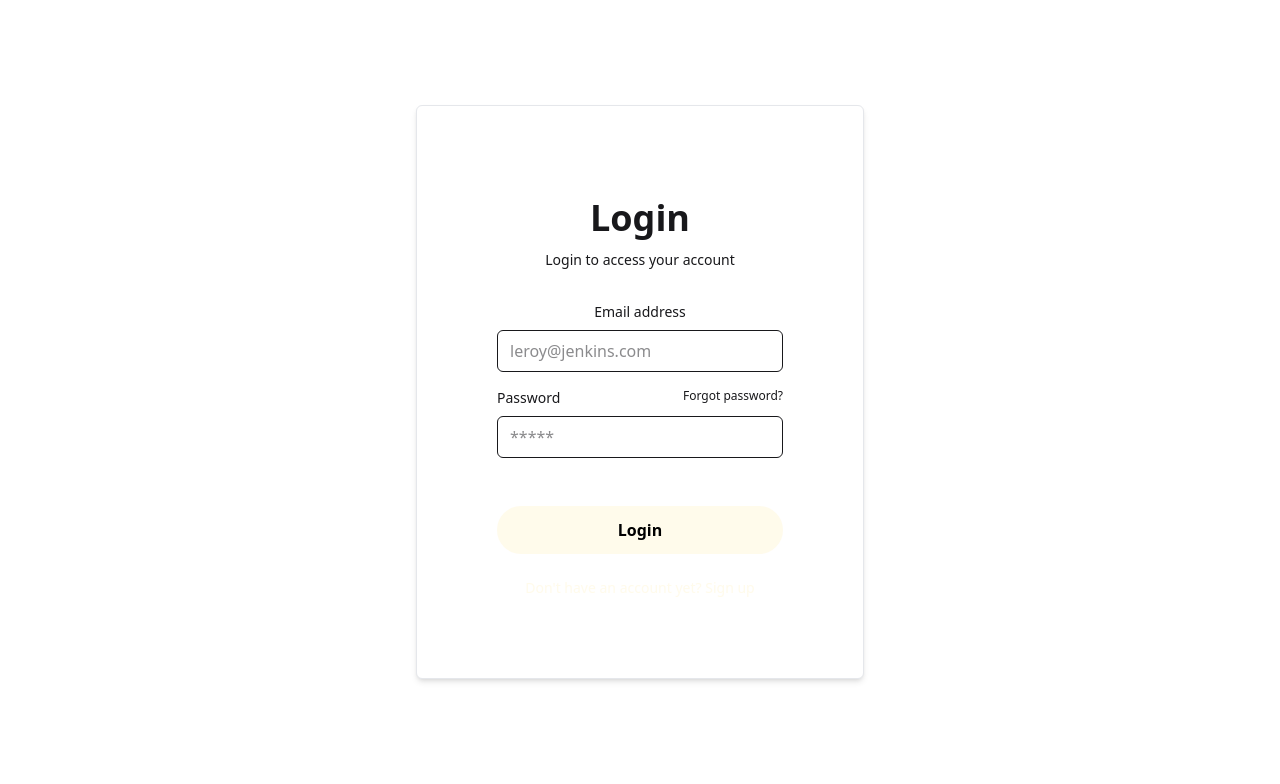
Repository: syedbayzid82849/DevForum_client_site
Page: /login
These files come from the project's save history. The page is drawn as it stood at one moment and after a run of saves; the edit follows.
The browser window is 1280 px wide. The pictures show the whole page.
The project was rebuilt for these pictures with package versions that can differ from the ones it lists, and the page was loaded fresh each time. Also part of the build but not shown: vite.config.js, src/App.jsx, src/components/Navbar/JoinUsModal.jsx, src/components/Navbar/Navbar.jsx, src/layouts/MainLayout/MainLayout.jsx, src/pages/Home/HeroSection.jsx, src/pages/Home/Home.jsx, src/pages/Authentication/Register.jsx.

Above is the page before, as saved 2025-07-08 22:51:52.

After the next 5 saves:
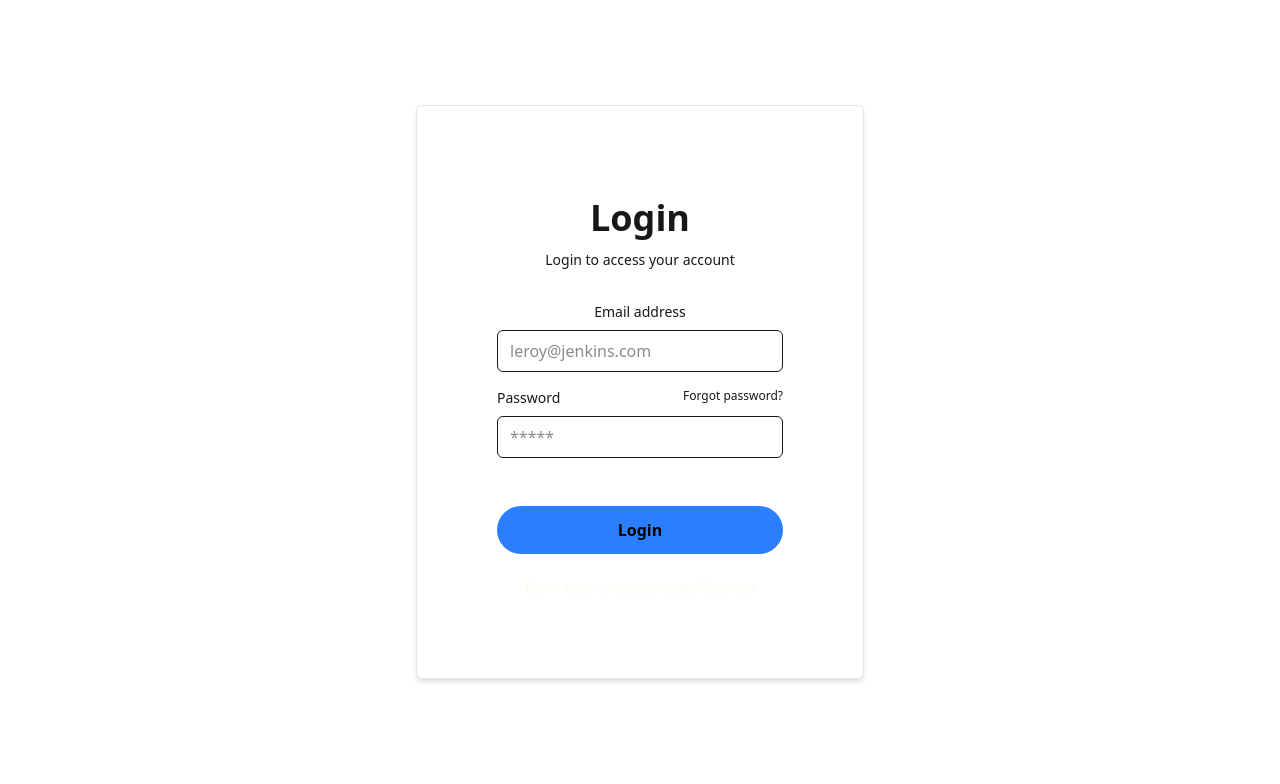
The 5 saves are shown as one change because they came seconds apart.
The last was saved 116 s later.
--- a/src/pages/Authentication/Login.jsx
+++ b/src/pages/Authentication/Login.jsx
@@ -49,7 +49,7 @@ const Login = () => {
 
                 <div className="space-y-2">
                     <div>
-                        <button type="submit" className="w-full px-8 py-3 font-semibold rounded-4xl mb-4 bg-amber-50 text-black ">
+                        <button type="submit" className="w-full px-8 py-3 font-semibold rounded-4xl mb-4 bg-blue-500 text-black ">
                             Login
                         </button>
                     </div>
